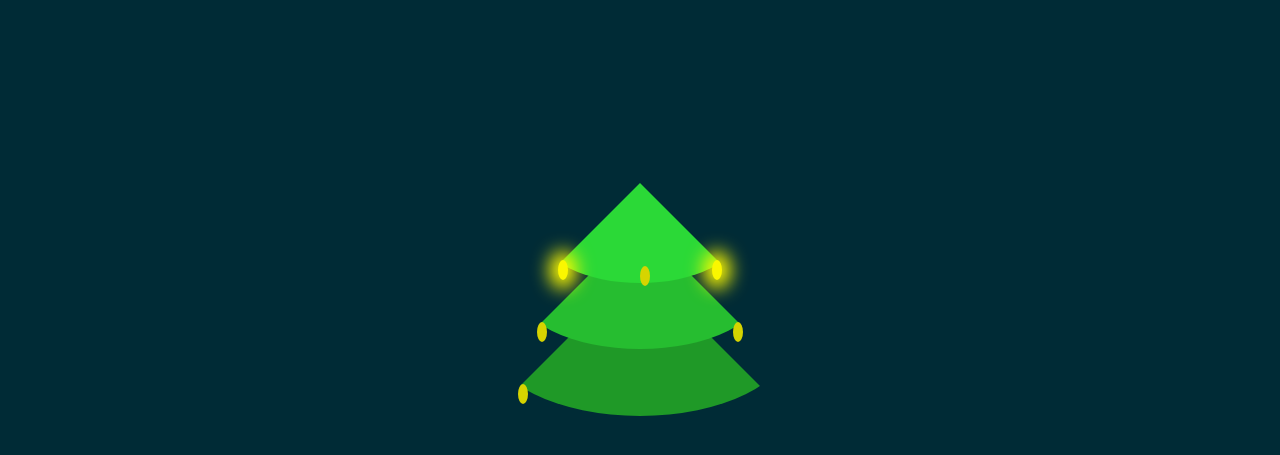
Repository: supakorn5039-boon/Christmas
Page: index.html
An editor plug-in stored every save of this project. The page is shown before and after a run of saves, followed by the edit.
The browser window is 1280 px wide. The pictures show the whole page.

Above is the page before, as saved 2023-12-25 08:48:46.

### index.html
<!DOCTYPE html>
<html lang="en">
  <head>
    <meta charset="UTF-8" />
    <meta http-equiv="X-UA-Compatible" content="IE=edge" />
    <meta name="viewport" content="width=device-width, initial-scale=1.0" />
    <link rel="stylesheet" href="styles.css" />
  </head>
  <body>
    <div class="xmas-tree">
      <div class="start">
        <i class="fa-solid fa-star"></i>
      </div>
      <div class="t1"></div>
      <div class="t2"></div>
      <div class="t3"></div>
      <div class="stem"></div>
      <div class="snow-ground"></div>
    </div>
  </body>
  <script href="index.js"></script>
</html>

### styles.css
body {
  height: 100vh;
  margin: 0;
  background: #002b36;
  overflow: hidden;
  display: grid;
  place-items: center;
}

.xmas-tree {
  position: relative;
  width: 500px;
  height: 590px;
  z-index: -2;
}

.star {
  z-index: 3;
  position: absolute;
  color: #fffc00;
  font-style: 40px;
  text-shadow: 0 0 20px #fffc00;
  left: 50%;
  top: 15%;
  margin-left: -22px;
  animation: spin 2s infinite linear forwards;
}

@keyframes spin {
  to {
    transform: rotate(1turn);
  }
}

.t1 {
  position: absolute;
  z-index: 2;
  border-bottom: 100px solid #2bd937;
  margin-left: -100px;
  border-right: 100px solid transparent;
  border-left: 100px solid transparent;
  border-bottom-left-radius: 50%;
  border-bottom-right-radius: 50%;
  top: 20%;
  left: 50%;
}
.t2 {
  position: absolute;
  z-index: 1;
  border-bottom: 125px solid #26bd30;
  margin-left: -125px;
  border-right: 125px solid transparent;
  border-left: 125px solid transparent;
  border-bottom-right-radius: 50%;
  border-bottom-left-radius: 50%;
  top: 27%;
  left: 50%;
}

.t3 {
  position: absolute;
  border-bottom: 150px solid #1f9927;
  margin-left: -150px;
  border-right: 150px solid transparent;
  border-left: 150px solid transparent;
  border-bottom-right-radius: 50%;
  border-bottom-left-radius: 50%;
  top: 34%;
  left: 50%;
}

.t1::before,
.t1::after,
.t2::before,
.t2::after,
.t3::before,
.t3::after {
  position: absolute;
  content: "";
  background: #d6d400;
  z-index: 3;
  width: 10px;
  height: 20px;
  border-radius: 50%;
  animation: blink 1.5s infinite;
}

.t2::before {
  animation-delay: 0.5s;
}
.t2::after {
  animation-delay: 0.5s;
}

.t3::before {
  animation-delay: 1s;
}
.t3::after {
  animation-delay: 1s;
}

@keyframes blink {
  30% {
    background: rgb(255, 252, 0);
    box-shadow: 0 0 20px 10px #fffc00;
  }
  60% {
    background: #d6d400;
    box-shadow: 0 0 0px 0px #fffc00;
  }
}

.t1::before {
  top: 77px;
  left: -82px;
}
.t1::after {
  top: 77px;
  right: -82px;
}

.t2::before {
  top: 98px;
  left: -103px;
}
.t2::after {
  top: 98px;
  right: -103px;
}

.t3::before {
  top: 118px;
  left: -122px;
}

After the next 3 saves:
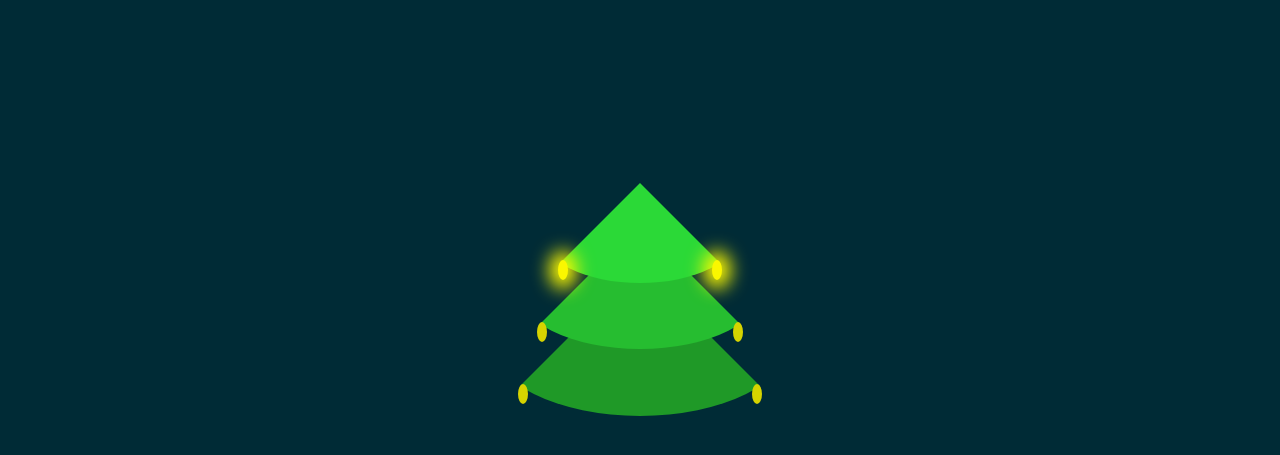
The 3 saves are shown as one change because they came seconds apart.
The last was saved 13 s later.
--- a/styles.css
+++ b/styles.css
@@ -132,3 +132,8 @@ body {
   top: 118px;
   left: -122px;
 }
+
+.t3::after {
+  top: 118px;
+  right: -122px;
+}
